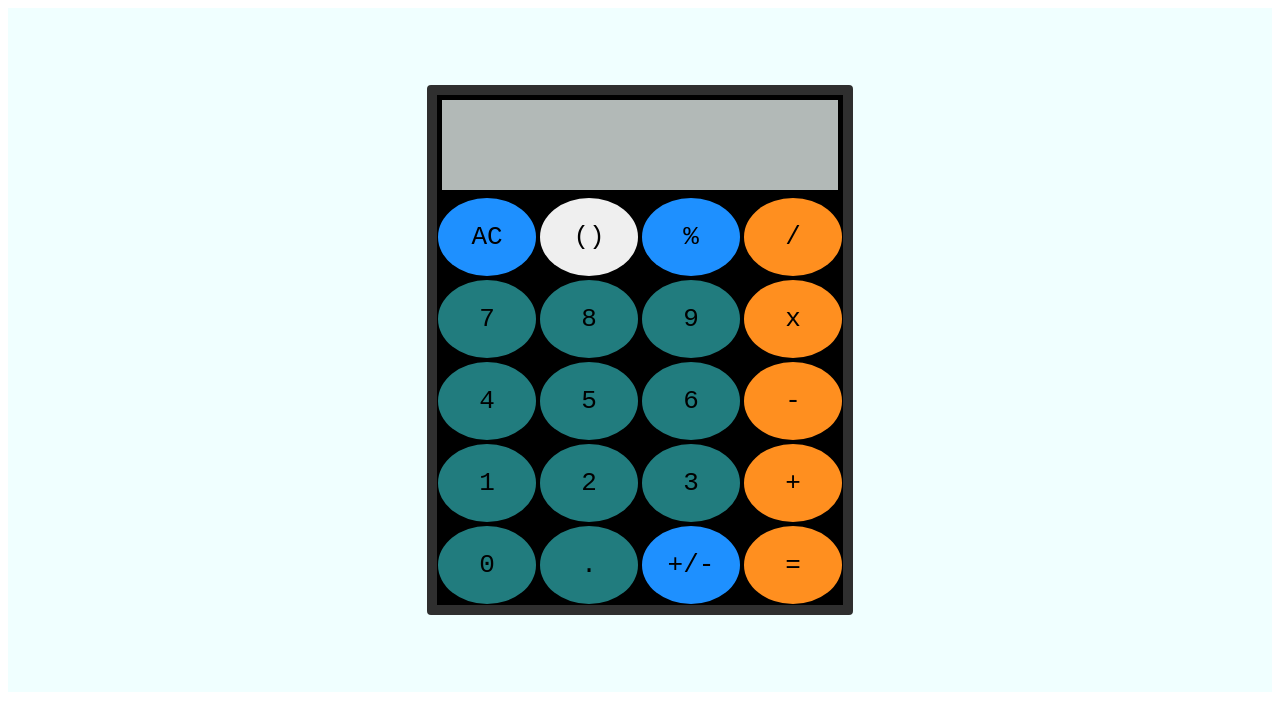
Repository: MhlengiNgubane/BrainnestJsTwo
Page: index.html
An editor plug-in stored every save of this project. The page is shown before and after the next save, followed by the edit.
The browser window is 1280 px wide. The pictures show the whole page.

Above is the page before, as saved 2022-09-07 23:11:58.

After the next save:
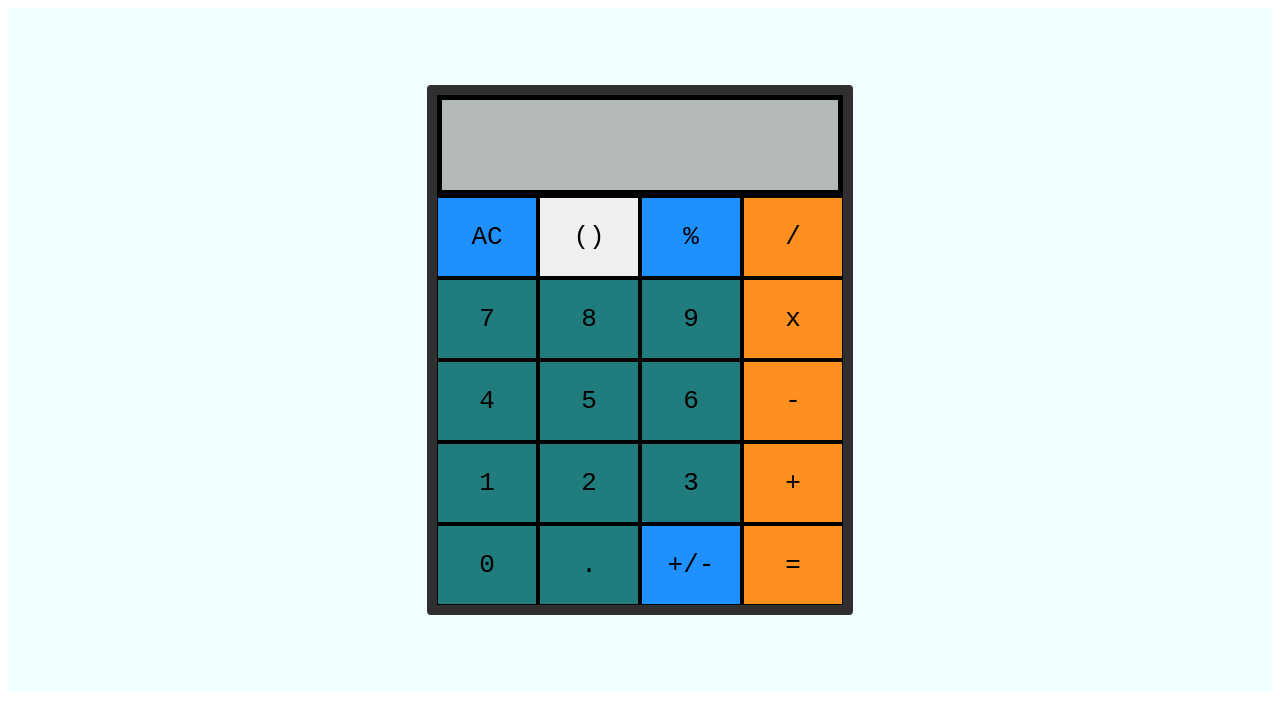
Saved 7 s later.
--- a/style.css
+++ b/style.css
@@ -40,7 +40,7 @@
 
 button {
     margin: 1px;
-    border-radius: 75%;
+    border-radius: %;
     border: none;
     font-weight: initial;
     font-size: 2em;

After the save that followed:
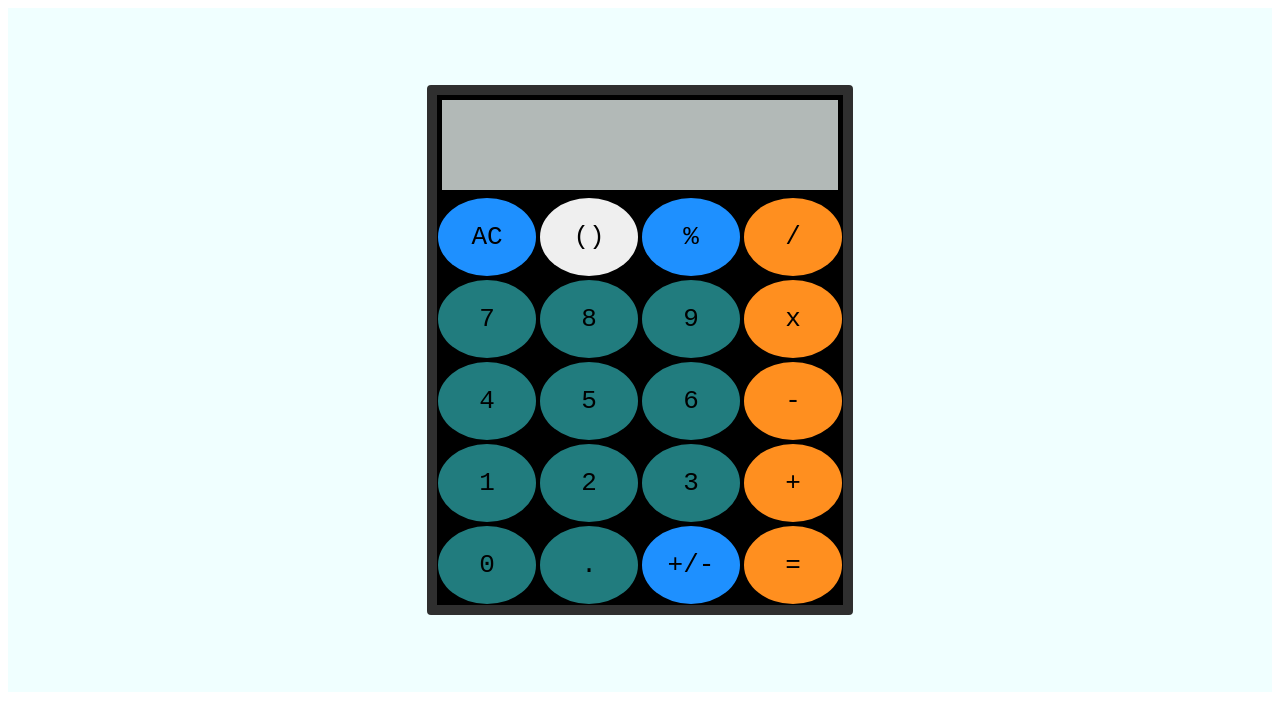
Saved 5 s later.
--- a/style.css
+++ b/style.css
@@ -40,7 +40,7 @@
 
 button {
     margin: 1px;
-    border-radius: %;
+    border-radius: 100%;
     border: none;
     font-weight: initial;
     font-size: 2em;
